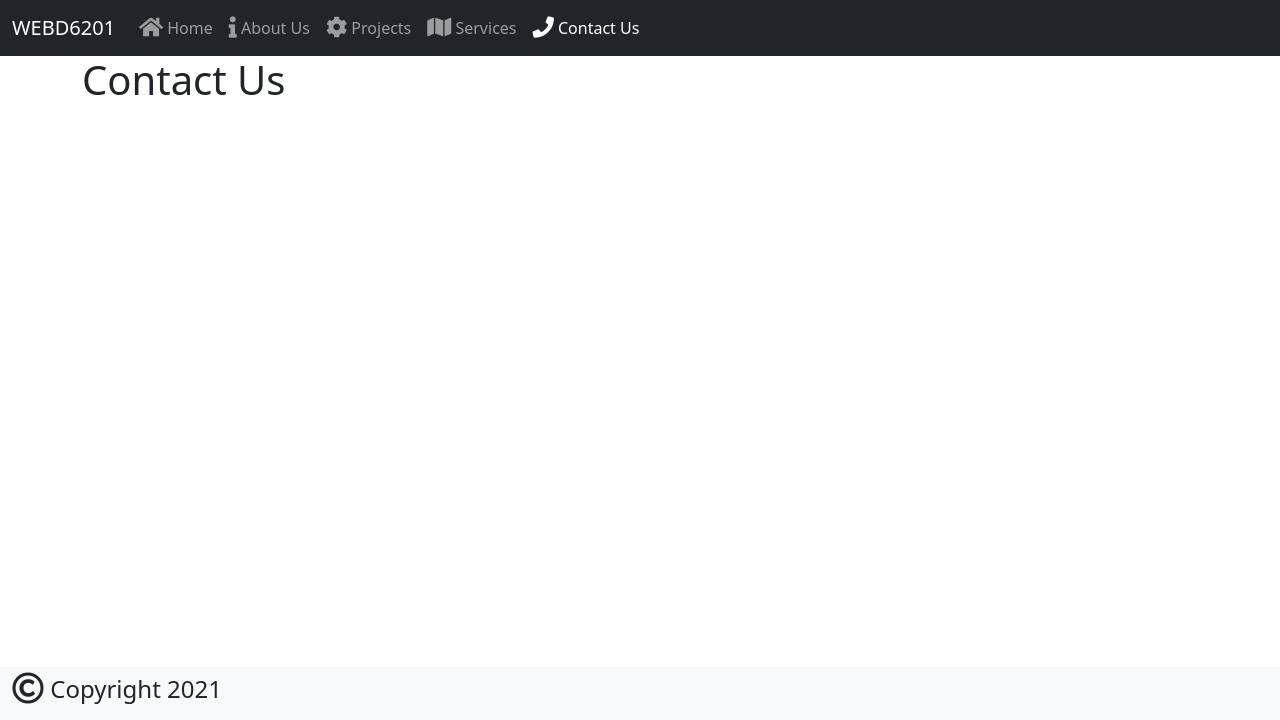
Repository: ErikHayward/WEBD6201-W2021-ICE1b
Page: contact.html
These files come from the project's save history. The page is drawn as it stood at one moment and after the next save; the edit follows.
The browser window is 1280 px wide. The pictures show the whole page.

Above is the page before, as saved 2021-01-22 20:38:49.

### contact.html
<!DOCTYPE html>
<html lang="en">
<head>
    <meta charset="UTF-8">
    <meta name="viewport" content="width=device-width, initial-scale=1.0">
    <title>Contact</title>
    <!-- CSS Section -->
    <link rel="stylesheet" href="./node_modules/bootstrap/dist/css/bootstrap.min.css">
    <link rel="stylesheet" href="./node_modules/@fortawesome/fontawesome-free/css/all.min.css">
    <link rel="stylesheet" href="./Content/app.css">
</head>
<body>
    <!-- Main Header -->
    <header>
        <!-- Main Nav -->
        <nav class="navbar navbar-expand-lg navbar-dark bg-dark">
            <div class="container-fluid">
              <a class="navbar-brand" href="index.html">WEBD6201</a>
              <button class="navbar-toggler" type="button" data-bs-toggle="collapse" data-bs-target="#navbarSupportedContent" aria-controls="navbarSupportedContent" aria-expanded="false" aria-label="Toggle navigation">
                <span class="navbar-toggler-icon"></span>
              </button>
              <div class="collapse navbar-collapse" id="navbarSupportedContent">
                <ul class="navbar-nav me-auto mb-2 mb-lg-0">

                  <li class="nav-item">
                    <a class="nav-link" aria-current="page" href="index.html"><i class="fas fa-home fa-lg"></i> Home</a>
                  </li>

                  <li class="nav-item">
                    <a class="nav-link" aria-current="page" href="about.html"><i class="fas fa-info fa-lg"></i> About Us</a>
                  </li>

                  <li class="nav-item">
                    <a class="nav-link" aria-current="page" href="projects.html"><i class="fas fa-cog fa-lg"></i> Projects</a>
                  </li>

                  <li class="nav-item">
                    <a class="nav-link" aria-current="page" href="services.html"><i class="fas fa-map fa-lg"></i> Services</a>
                  </li>

                  <li class="nav-item">
                    <a class="nav-link active" aria-current="page" href="contact.html"><i class="fas fa-phone fa-lg"></i> Contact Us</a>
                  </li>

                </ul>
              </div>
            </div>
          </nav>
    </header>

    <!-- Main Content -->
    <main class="container">
        <h1>Contact Us</h1>
    </main>

    <!-- Main Footer -->
    <footer>
        <nav class="navbar fixed-bottom navbar-light bg-light">
            <div class="container-fluid">
              <h4><i class="far fa-copyright fa-lg"></i> Copyright 2021</h4>
            </div>
          </nav>
    </footer>

    <!-- Script Section -->
    <script src="./node_modules/jquery/dist/jquery.min.js"></script>
    <script src="./node_modules/bootstrap/dist/js/bootstrap.bundle.min.js"></script>
    <script src="./Scripts/app.js"></script>
</body>
</html>

### Content/app.css
/* Custom CSS goes here */

### Scripts/app.js
/* custom JavaScript goes here */

//IIFE - Immediately Invoked Function Expression
//AKA - Anonymous Self-Executing Function
//Closure - limits scope leak

"use strict";

(function()
{
    function displayHome()
    {
        let paragraphOneText =
          "This is a simple site to demonstrate DOM Manipulation for ICE 1";

        let paragraphOneElement = document.getElementById("paragraphOne");

        paragraphOneElement.textContent = paragraphOneText;
        paragraphOneElement.className = "fs-5";

        // Step 1. document.createElement
        let newParagraph = document.createElement("p");
        // Step 2. configure the element
        newParagraph.setAttribute("id", "paragraphTwo");
        newParagraph.textContent = "...And this is paragraph two";
        // Step 3. select the parent element
        let mainContent = document.getElementsByTagName("main")[0];
        // Step 4. Add / Insert the element
        mainContent.appendChild(newParagraph);

        newParagraph.className = "fs-6";

        // another way of injecting content
        let paragraphDiv = document.createElement("div");
        let paragraphThree = `<p id="paragraphThree" class="fs-7 fw-bold">And this is the Third Paragraph</p>`;
        paragraphDiv.innerHTML = paragraphThree;

        // insertions

        // example of inserting before a node
        //newParagraph.before(paragraphDiv);

        // example of inserting after a node
        newParagraph.after(paragraphDiv);

        // deletions

        // example of removing a single element
        //paragraphOneElement.remove();

        // example of removeChild
        mainContent.removeChild(paragraphOneElement);

        // update / modification
        //mainContent.firstElementChild.textContent = "Welcome Home!";

        mainContent.innerHTML = `<h1 id="firstHeading">Welcome to WEBD6201 - Lab 1</h1>
         <p id="paragraphOne" class="fs-3 fw-bold">This is my first Paragraph</p>
        `;

    }

    function displayAbout(){

    }

    function displayProjects(){

    }

    function displayServices(){

    }

    function displayContact(){

    }

    function Start()
    {
        console.log("App Started...");

        switch (document.title)
        {
          case "Home":
              displayHome();
            break;
          case "About":
              displayAbout();
            break;
          case "Projects":
              displayProjects();
            break;
          case "Services":
              displayServices();
            break;
          case "Contact":
              displayContact();
            break;
        }

    }

    window.addEventListener("load", Start);

})();

Loaded but not shown: node_modules/bootstrap/dist/css/bootstrap.min.css (library); node_modules/@fortawesome/fontawesome-free/css/all.min.css (library); node_modules/jquery/dist/jquery.min.js (library); node_modules/bootstrap/dist/js/bootstrap.bundle.min.js (library)

After the next save:
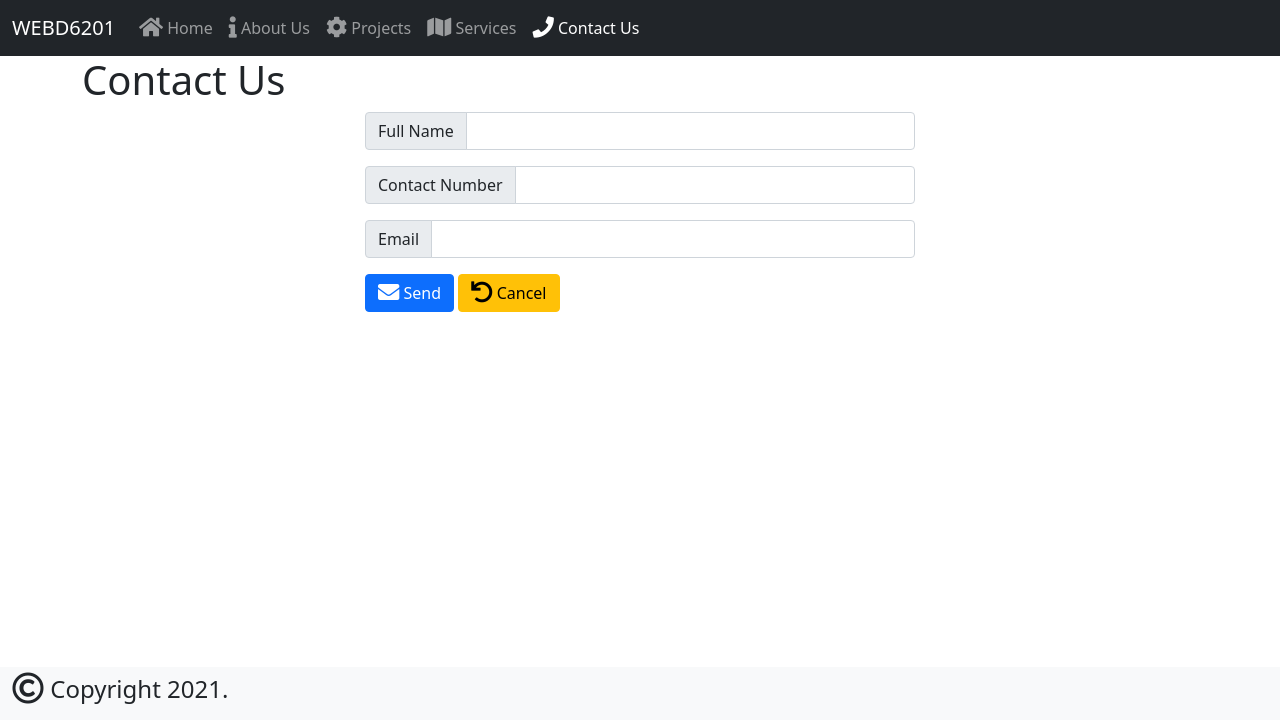
Saved 2 min 53 s later.
--- a/contact.html
+++ b/contact.html
@@ -12,7 +12,7 @@
 <body>
     <!-- Main Header -->
     <header>
-        <!-- Main Nav -->
+        <!-- Main Navigation -->
         <nav class="navbar navbar-expand-lg navbar-dark bg-dark">
             <div class="container-fluid">
               <a class="navbar-brand" href="index.html">WEBD6201</a>
@@ -21,7 +21,6 @@
               </button>
               <div class="collapse navbar-collapse" id="navbarSupportedContent">
                 <ul class="navbar-nav me-auto mb-2 mb-lg-0">
-
                   <li class="nav-item">
                     <a class="nav-link" aria-current="page" href="index.html"><i class="fas fa-home fa-lg"></i> Home</a>
                   </li>
@@ -41,7 +40,6 @@
                   <li class="nav-item">
                     <a class="nav-link active" aria-current="page" href="contact.html"><i class="fas fa-phone fa-lg"></i> Contact Us</a>
                   </li>
-
                 </ul>
               </div>
             </div>
@@ -51,18 +49,47 @@
     <!-- Main Content -->
     <main class="container">
         <h1>Contact Us</h1>
+        <div id="messageArea"></div>
+
+        <div class="row justify-content-lg-center g-3">
+          <form class="col-lg-6 col-md-10 col-sm-10">
+
+            <div class="input-group mb-3">
+              <span class="input-group-text" id="inputGroup-sizing-default">Full Name </span>
+              <input id="fullName" type="text" class="form-control" aria-label="Full Name" aria-describedby="Full Name Input"
+              name="fullName" required>
+            </div>
+
+            <div class="input-group mb-3">
+              <span class="input-group-text" id="inputGroup-sizing-default">Contact Number</span>
+              <input id="contactNumber" type="tel" class="form-control" aria-label="Contact Number" aria-describedby="Contact Number Input"
+              name="contactNumber" required>
+            </div>
+
+            <div class="input-group mb-3">
+              <span class="input-group-text" id="inputGroup-sizing-default">Email</span>
+              <input id="emailAddress" type="email" class="form-control" aria-label="Email Address" aria-describedby="Email Address Input"
+              name="emailAddress" required>
+            </div>
+
+            <button id="sendButton" type="submit" class="btn btn-primary"><i class="fas fa-envelope fa-lg"></i> Send</button>
+            <button id="cancelButton" type="reset" class="btn btn-warning"><i class="fas fa-undo fa-lg"></i> Cancel</button>
+          </form>
+        </div>
+
+
     </main>
 
     <!-- Main Footer -->
     <footer>
         <nav class="navbar fixed-bottom navbar-light bg-light">
             <div class="container-fluid">
-              <h4><i class="far fa-copyright fa-lg"></i> Copyright 2021</h4>
+              <h4><i class="far fa-copyright fa-lg"></i> Copyright 2021.</h4>
             </div>
           </nav>
     </footer>
 
-    <!-- Script Section -->
+    <!-- Script Section-->
     <script src="./node_modules/jquery/dist/jquery.min.js"></script>
     <script src="./node_modules/bootstrap/dist/js/bootstrap.bundle.min.js"></script>
     <script src="./Scripts/app.js"></script>
